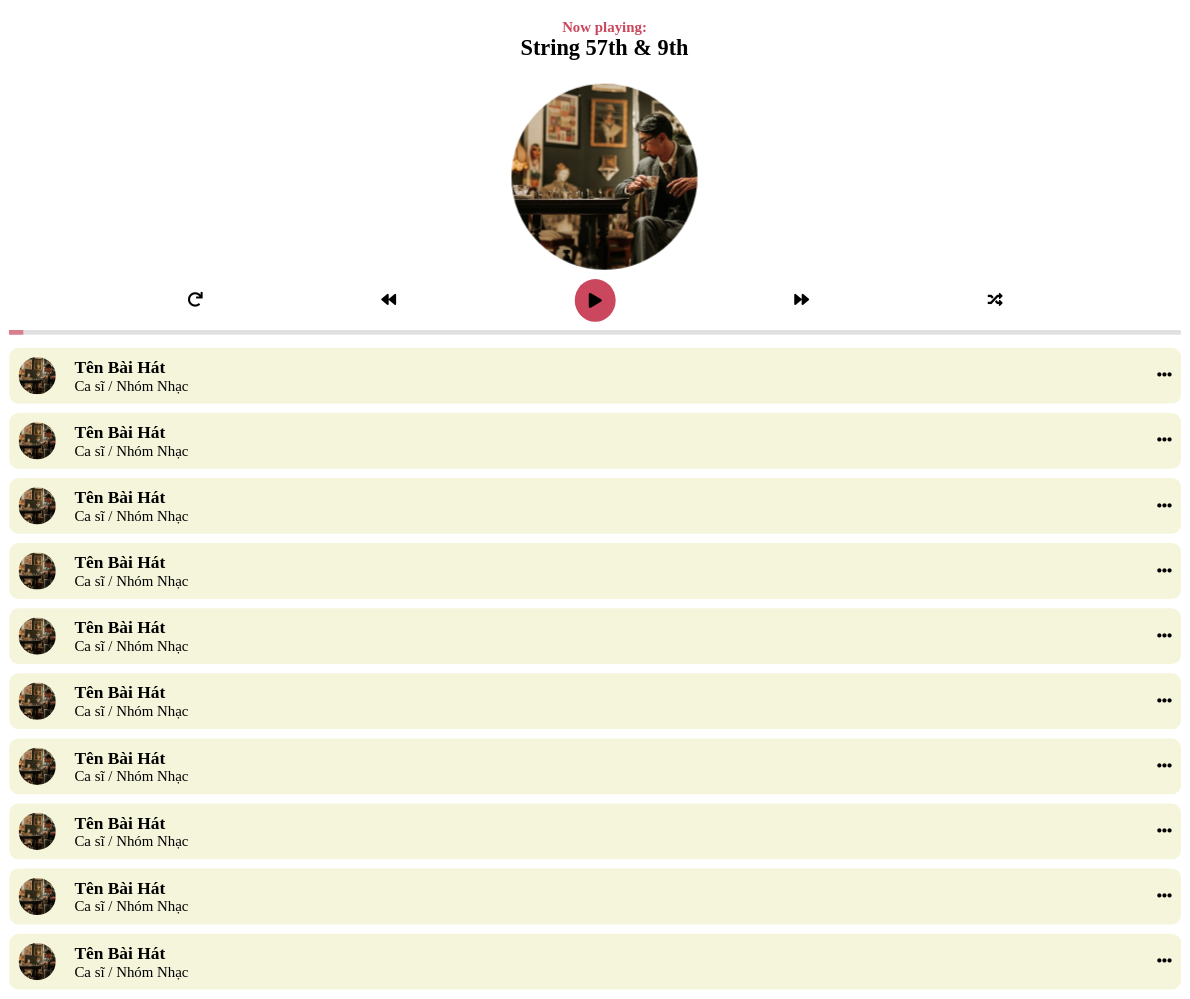
Repository: dovanthao2404/AppMusicPlayer
Page: index.html
These files come from the project's save history. The page is drawn as it stood at one moment and after the next save; the edit follows.
The browser window is 1280 px wide. The pictures show the whole page, at 93% of full size.

Above is the page before, as saved 2021-06-28 11:14:23.

### index.html
<!DOCTYPE html>
<html lang="en">

<head>
  <meta charset="UTF-8">
  <meta http-equiv="X-UA-Compatible" content="IE=edge">
  <meta name="viewport" content="width=device-width, initial-scale=1.0">
  <title>Music</title>
  <!-- FONTAWESOME -->
  <link rel="stylesheet" href="https://cdnjs.cloudflare.com/ajax/libs/font-awesome/5.15.3/css/all.min.css"
    integrity="sha512-iBBXm8fW90+nuLcSKlbmrPcLa0OT92xO1BIsZ+ywDWZCvqsWgccV3gFoRBv0z+8dLJgyAHIhR35VZc2oM/gI1w=="
    crossorigin="anonymous" referrerpolicy="no-referrer" />
  <!-- MAIN CSS -->
  <link rel="stylesheet" href="./css/app.css">
</head>

<body>
  <div class="player">
    <div class="dashboards">
      <!-- HEADER -->
      <header>
        <h4>Now playing:</h4>
        <h2>String 57th & 9th</h2>
      </header>

      <!-- CD -->
      <div id="cd" class="cd">
        <div class="thumb">
          <img src="./img/loinho.jpg" alt="">
        </div>
      </div>

      <!-- CONTROL -->
      <div class="controls" class="controls">
        <div class="btn btn-repeat">
          <i class="fa fa-redo"></i>
        </div>
        <div class="btn btn-prev">
          <i class="fa fa-backward"></i>
        </div>
        <div class="btn btn-toggle-play">
          <i class="fa fa-play"></i>
        </div>
        <div class="btn btn-next">
          <i class="fa fa-forward"></i>
        </div>
        <div class="btn btn-random">
          <i class="fa fa-random"></i>
        </div>
      </div>

      <!-- PROGRESS -->
      <input id="progress" class="progress" value="0" step="1" min="0" max="100" type="range">

      <!-- AUDIO -->
      <audio id="audio" src="./music/trontim.mp3"></audio>

      <!-- PLAY LIST -->
      <div class="playlist">
        <div class="song">
          <div class="thumb">
            <img src="./img/loinho.jpg" alt="">
          </div>
          <div class="body">
            <h3 class="title">Tên Bài Hát</h3>
            <p class="author">Ca sĩ / Nhóm Nhạc</p>
          </div>
          <div class="option">
            <i class="fa fa-ellipsis-h"></i>
          </div>
        </div>
        <div class="song">
          <div class="thumb">
            <img src="./img/loinho.jpg" alt="">
          </div>
          <div class="body">
            <h3 class="title">Tên Bài Hát</h3>
            <p class="author">Ca sĩ / Nhóm Nhạc</p>
          </div>
          <div class="option">
            <i class="fa fa-ellipsis-h"></i>
          </div>
        </div>
        <div class="song">
          <div class="thumb">
            <img src="./img/loinho.jpg" alt="">
          </div>
          <div class="body">
            <h3 class="title">Tên Bài Hát</h3>
            <p class="author">Ca sĩ / Nhóm Nhạc</p>
          </div>
          <div class="option">
            <i class="fa fa-ellipsis-h"></i>
          </div>
        </div>
        <div class="song">
          <div class="thumb">
            <img src="./img/loinho.jpg" alt="">
          </div>
          <div class="body">
            <h3 class="title">Tên Bài Hát</h3>
            <p class="author">Ca sĩ / Nhóm Nhạc</p>
          </div>
          <div class="option">
            <i class="fa fa-ellipsis-h"></i>
          </div>
        </div>
        <div class="song">
          <div class="thumb">
            <img src="./img/loinho.jpg" alt="">
          </div>
          <div class="body">
            <h3 class="title">Tên Bài Hát</h3>
            <p class="author">Ca sĩ / Nhóm Nhạc</p>
          </div>
          <div class="option">
            <i class="fa fa-ellipsis-h"></i>
          </div>
        </div>
        <div class="song">
          <div class="thumb">
            <img src="./img/loinho.jpg" alt="">
          </div>
          <div class="body">
            <h3 class="title">Tên Bài Hát</h3>
            <p class="author">Ca sĩ / Nhóm Nhạc</p>
          </div>
          <div class="option">
            <i class="fa fa-ellipsis-h"></i>
          </div>
        </div>
        <div class="song">
          <div class="thumb">
            <img src="./img/loinho.jpg" alt="">
          </div>
          <div class="body">
            <h3 class="title">Tên Bài Hát</h3>
            <p class="author">Ca sĩ / Nhóm Nhạc</p>
          </div>
          <div class="option">
            <i class="fa fa-ellipsis-h"></i>
          </div>
        </div>
        <div class="song">
          <div class="thumb">
            <img src="./img/loinho.jpg" alt="">
          </div>
          <div class="body">
            <h3 class="title">Tên Bài Hát</h3>
            <p class="author">Ca sĩ / Nhóm Nhạc</p>
          </div>
          <div class="option">
            <i class="fa fa-ellipsis-h"></i>
          </div>
        </div>
        <div class="song">
          <div class="thumb">
            <img src="./img/loinho.jpg" alt="">
          </div>
          <div class="body">
            <h3 class="title">Tên Bài Hát</h3>
            <p class="author">Ca sĩ / Nhóm Nhạc</p>
          </div>
          <div class="option">
            <i class="fa fa-ellipsis-h"></i>
          </div>
        </div>
        <div class="song">
          <div class="thumb">
            <img src="./img/loinho.jpg" alt="">
          </div>
          <div class="body">
            <h3 class="title">Tên Bài Hát</h3>
            <p class="author">Ca sĩ / Nhóm Nhạc</p>
          </div>
          <div class="option">
            <i class="fa fa-ellipsis-h"></i>
          </div>
        </div>
      </div>
    </div>
  </div>
  <script src="./js/app.js"></script>
</body>

</html>

### css/app.css
/* GLOBAL */
* {
  padding: 0;
  margin: 0;
  box-sizing: border-box;
}
/* PLAYER */
.dashboards {
  margin: 0 10px;
}
header {
  text-align: center;
  margin: 20px 0;
  position: fixed;
  top: 0;
  width: 100%;
  z-index: 9999;
}
header h4 {
  color: rgb(202, 71, 93);
}
.cd {
  position: fixed;
  top: 85px;
  width: 100%;
  height: 10px;
  z-index: 9999;
}
.cd .thumb {
  width: 200px;
  height: 200px;
  position: absolute;
  top: 50%;
  left: 50%;
  transform: translate(-50%);
}
.cd .thumb img {
  border-radius: 50%;
  width: 100%;
  height: 100%;
  object-fit: cover;
}
.controls {
  display: flex;
  justify-content: space-evenly;
  align-items: center;
  margin-top: 300px;
  position: sticky;
  top: 85px;
  z-index: 9999;
}
.btn-toggle-play .fa {
  padding: 15px;
  border-radius: 50%;
  background-color: rgb(202, 71, 93);
}
.controls .fa-pause {
  display: none;
}
.progress {
  -webkit-appearance: none;
  width: 100%;
  height: 5px;
  background: #d3d3d3;
  outline: none;
  opacity: 0.7;
  transition: opacity 0.2s;
  position: sticky;
  top: 145px;
  z-index: 9999;
}
.progress::-webkit-slider-thumb {
  -webkit-appearance: none;
  appearance: none;
  width: 15px;
  height: 5px;
  background: rgb(202, 71, 93);
  cursor: pointer;
}
.progress::-moz-range-thumb {
  width: 15px;
  height: 5px;
  background: rgb(202, 71, 93);
  cursor: pointer;
}
.song {
  margin: 10px 0;
  background-color: beige;
  display: flex;
  align-items: center;
  padding: 10px;
  border-radius: 10px;
  position: relative;
}
.song .thumb {
  width: 40px;
  height: 40px;
}
.song .thumb img {
  width: 100%;
  height: 100%;
  border-radius: 50%;
  object-fit: cover;
}
.song .body {
  margin-left: 20px;
}
.song .option {
  position: absolute;
  right: 0;
  margin-right: 10px;
}

Loaded but not shown: js/app.js (no stored copy; drawn as an empty file)

After the next save:
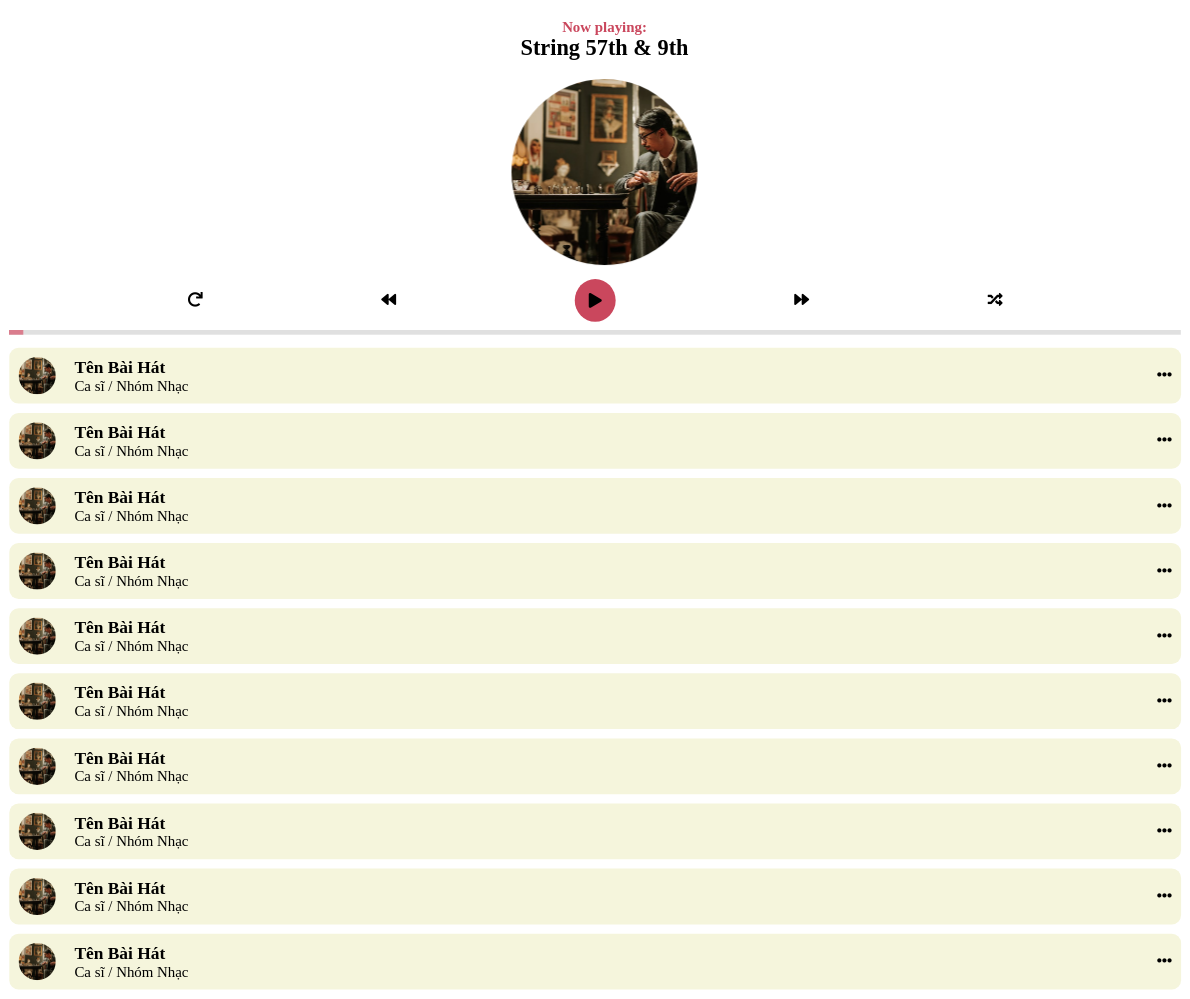
Saved 12 s later.
--- a/css/app.css
+++ b/css/app.css
@@ -23,7 +23,6 @@ header h4 {
   position: fixed;
   top: 85px;
   width: 100%;
-  height: 10px;
   z-index: 9999;
 }
 .cd .thumb {
